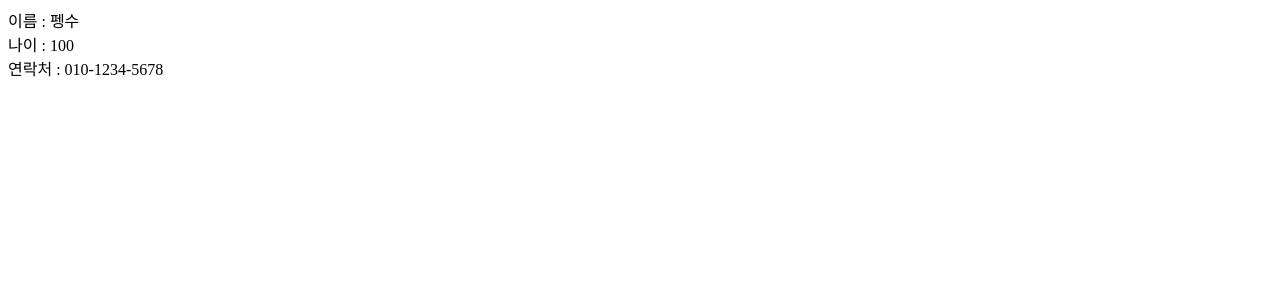
Repository: ujin2021/jsp_study
Page: jsp01/WebContent/me2.html
The author's editor kept a copy of each file at every save. The page is drawn from the files as they stood at one save, then again after the next save.
The browser window is 1280 px wide. The pictures show the whole page.

Above is the page before, as saved 2020-01-11 07:43:19.

### jsp01/WebContent/me2.html
<!DOCTYPE html>
<html>
<head>
<meta charset="EUC-KR">
<title>Insert title here</title>
</head>
<body>
이름 : 펭수 <br>
나이 : 100 <br>
연락처 : 010-1234-5678 <br>
</body>
</html>

After the next save:
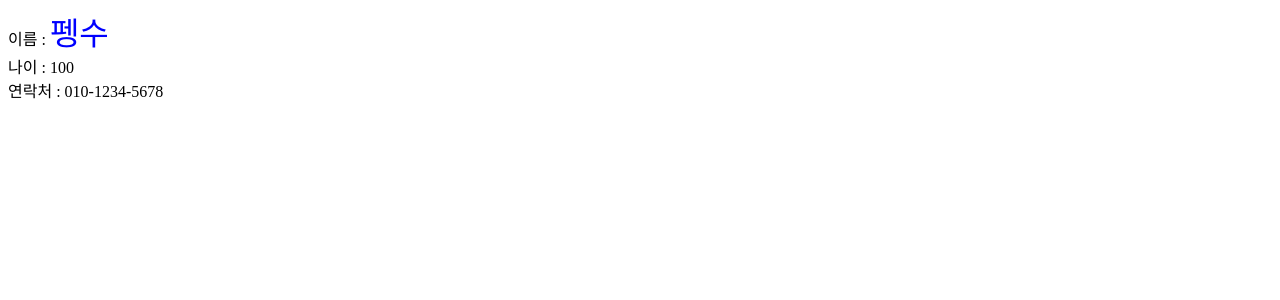
Saved 2 min 38 s later.
--- a/jsp01/WebContent/me2.html
+++ b/jsp01/WebContent/me2.html
@@ -5,7 +5,7 @@
 <title>Insert title here</title>
 </head>
 <body>
-이름 : 펭수 <br>
+이름 : <font color="blue" size="6">펭수</font> <br>
 나이 : 100 <br>
 연락처 : 010-1234-5678 <br>
 </body>
